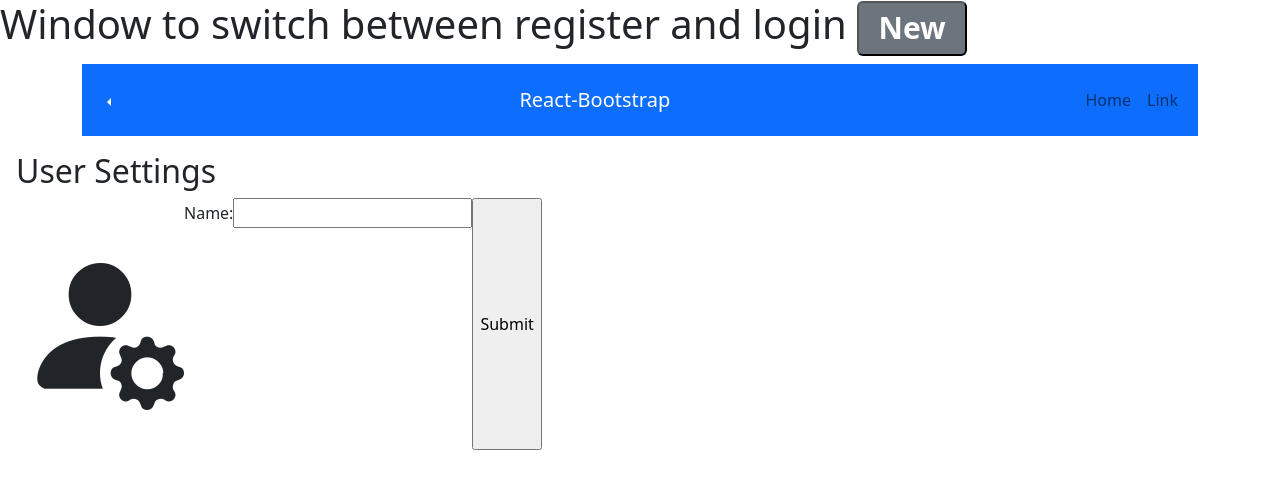
Repository: christenis98/RealWorldApp
Page: / (app in bank-frontend/)
An editor plug-in stored every save of this project. The page is shown before and after the next save, followed by the edit.
The browser window is 1280 px wide. The pictures show the whole page.
The project was rebuilt for these pictures with package versions that can differ from the ones it lists, and the page was loaded fresh each time. Also part of the build but not shown: bank-frontend/src/App.css.

Above is the page before, as saved 2022-11-24 12:20:55.

### bank-frontend/src/index.js
import React from 'react';
import ReactDOM from 'react-dom/client';
import './index.css';
import App from './App';
import reportWebVitals from './reportWebVitals';
import 'bootstrap/dist/css/bootstrap.min.css';

import 'bootstrap-icons/font/bootstrap-icons.css';

const root = ReactDOM.createRoot(document.getElementById('root'));
root.render(
  <React.StrictMode>
    <App />
  </React.StrictMode>
);

// If you want to start measuring performance in your app, pass a function
// to log results (for example: reportWebVitals(console.log))
// or send to an analytics endpoint. Learn more: https://bit.ly/CRA-vitals
reportWebVitals();

### bank-frontend/src/App.js
import logo from './logo.svg';
import './App.css';
import Badge from 'react-bootstrap/Badge'
import DropStartComponent from './js/DropStartComponent';
import UserSettings from './js/UserSettings';


function App() {
  return (
    <div>
    <h1>
      Window to switch between register and login{' '}
      <Badge bg="secondary" as="Button">
        New
      </Badge>
    </h1>
    <DropStartComponent/>
    <UserSettings/>
  </div>
  );
}

export default App;

### bank-frontend/src/js/DropStartComponent.js
import Dropdown from "react-bootstrap/Dropdown";
import DropdownButton from "react-bootstrap/DropdownButton";
import Nav from "react-bootstrap/Nav";
import Navbar from "react-bootstrap/Navbar";
import NavDropdown from "react-bootstrap/NavDropdown";
import Container from "react-bootstrap/Container";

const DropStartComponent = () => {
  return (
    <Container>
      <Navbar bg="primary" variant="dark" expand="lg">
        <Container>
          <DropdownButton
            key={"start"}
            id={`dropdown-button-drop-${"start"}`}
            drop={"start"}
            variant="primary"
          >
            <Dropdown.Item eventKey="1">Action</Dropdown.Item>
            <Dropdown.Item eventKey="2">Another action</Dropdown.Item>
            <Dropdown.Item eventKey="3">Something else here</Dropdown.Item>
            <Dropdown.Divider />
            <Dropdown.Item eventKey="4">Separated link</Dropdown.Item>
          </DropdownButton>
          <Navbar.Brand href="#home">React-Bootstrap</Navbar.Brand>
          <Navbar.Toggle aria-controls="basic-navbar-nav" />
          <Navbar id="basic-navbar-nav">
            <Nav className="me-auto">
              <Nav.Link href="#home">Home</Nav.Link>
              <Nav.Link href="#link">Link</Nav.Link>
            </Nav>
          </Navbar>
        </Container>
      </Navbar>
    </Container>
  );
};

export default DropStartComponent;

### bank-frontend/src/js/UserSettings.jsx
import React from 'react'

function UserSettings() {
    return (
        <div class="d-flex flex-column bd-highlight mb-3 p-3">
            <h2>User Settings</h2>
            <div class="d-flex flex-row bd-highlight mb-3">
                <i class="bi bi-person-fill-gear" style={{fontSize: "1050%"}}></i>
                <label>
                    Name:
                    <input type="text" name="name" />
                </label>
                <input type="submit" value="Submit" />
            </div>

        </div>
    )
}


export default UserSettings;

Loaded but not shown: bank-frontend/public/index.html (common file); bank-frontend/src/index.css (common file); bank-frontend/src/reportWebVitals.js (common file)

After the next save:
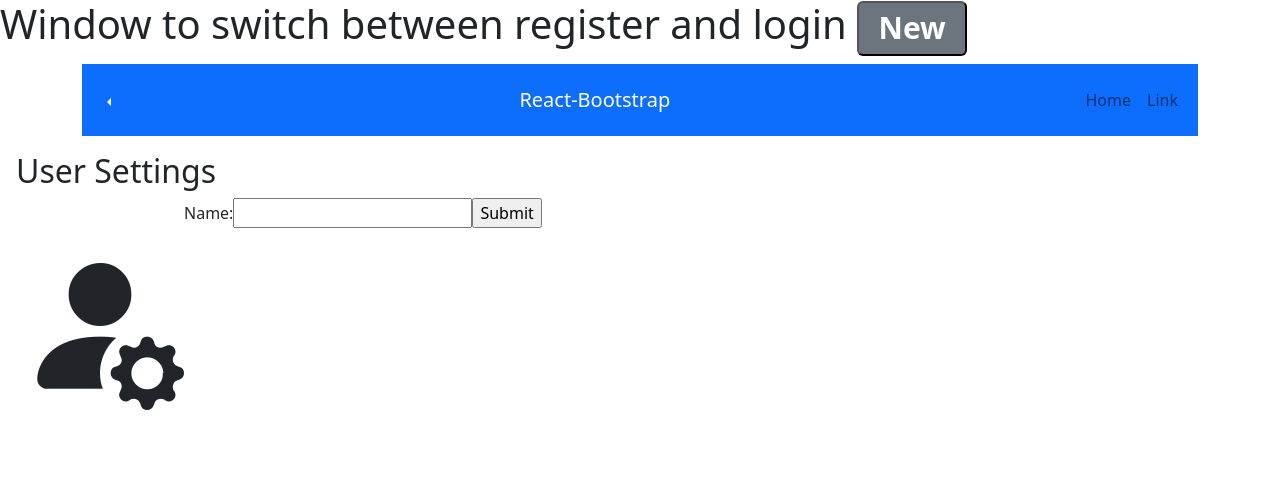
Saved 59 s later.
--- a/bank-frontend/src/js/UserSettings.jsx
+++ b/bank-frontend/src/js/UserSettings.jsx
@@ -5,14 +5,15 @@ function UserSettings() {
         <div class="d-flex flex-column bd-highlight mb-3 p-3">
             <h2>User Settings</h2>
             <div class="d-flex flex-row bd-highlight mb-3">
-                <i class="bi bi-person-fill-gear" style={{fontSize: "1050%"}}></i>
-                <label>
-                    Name:
-                    <input type="text" name="name" />
-                </label>
-                <input type="submit" value="Submit" />
+                <i class="bi bi-person-fill-gear" style={{ fontSize: "1050%" }}></i>
+                <div>
+                    <label>
+                        Name:
+                        <input type="text" name="name" />
+                    </label>
+                    <input type="submit" value="Submit" />
+                </div>
             </div>
-
         </div>
     )
 }
